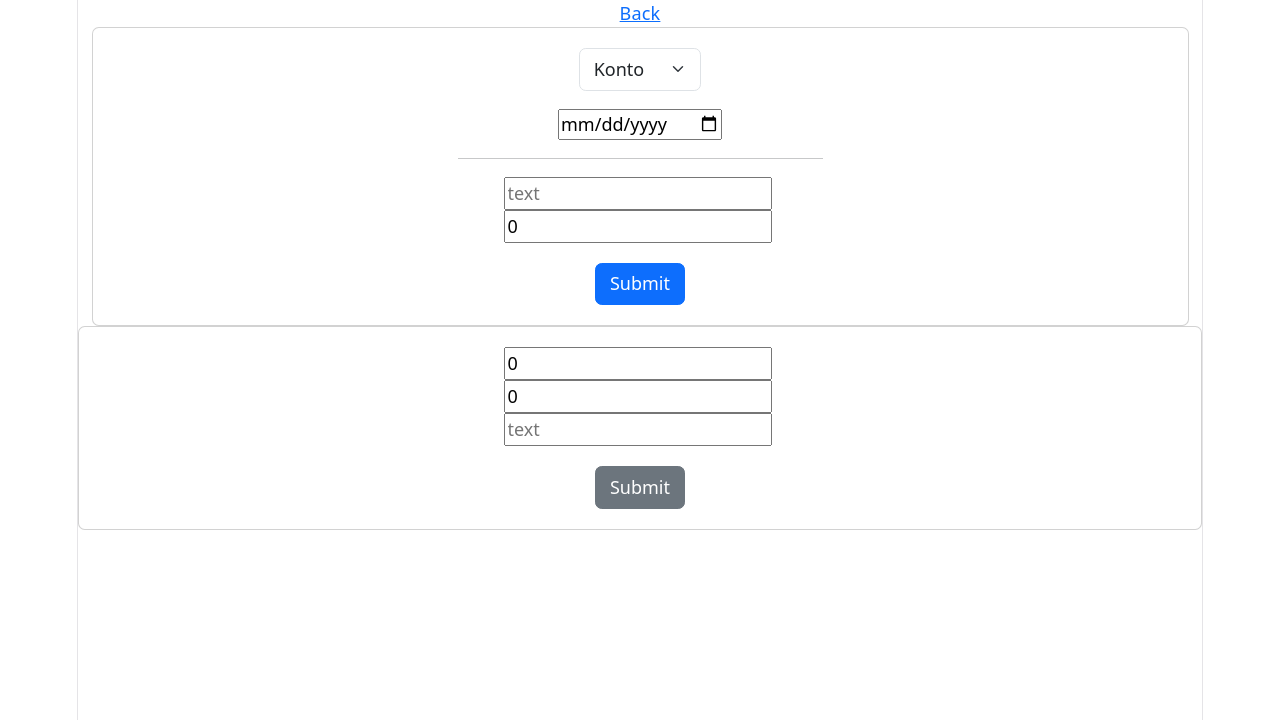
Repository: supply24/kidsaccount
Page: /action
The author's editor kept a copy of each file at every save. The page is drawn from the files as they stood at one save, then again after the next save.
The browser window is 1280 px wide. The pictures show the whole page.
The page's requests for data from a server got no answer. The project was rebuilt for these pictures with package versions that can differ from the ones it lists, and the page was loaded fresh each time. No one was signed in, and anything a server would have sent is missing. Also part of the build but not shown: vite.config.js, src/App.css, src/App.jsx, src/Homing.jsx, src/Emilia.jsx, src/Alexander.jsx.

Above is the page before, as saved 2026-08-01 12:17:18.

### index.html
<!doctype html>
<html lang="en">
  <head>
    <meta charset="UTF-8" />
    <link rel="icon" type="image/svg+xml" href="/favicon.svg" />
    <meta name="viewport" content="width=device-width, initial-scale=1.0" />
    <title>accounter</title>
    <link
  rel="stylesheet"
  href="https://cdn.jsdelivr.net/npm/bootstrap@5.3.5/dist/css/bootstrap.min.css"
  integrity="sha384-SgOJa3DmI69IUzQ2PVdRZhwQ+dy64/BUtbMJw1MZ8t5HZApcHrRKUc4W0kG879m7"
  crossorigin="anonymous"
/>
  </head>
  <body>
    <div id="root"></div>
    <script type="module" src="/src/main.jsx"></script>
  </body>
</html>

### src/main.jsx
import { StrictMode } from 'react'
import { createRoot } from 'react-dom/client'
import { createBrowserRouter, RouterProvider } from 'react-router-dom'
import './index.css'
import App from './App.jsx'
import Homing from "./Homing.jsx"
import Actions from "./Actions.jsx"
import Emilia from "./Emilia.jsx"
import Alexander from "./Alexander.jsx"

const router = createBrowserRouter ([
{path:"/",
  element:<Homing/>
}  ,
{path:"/action",
  element:<Actions/>
},
{path:"/emlia",
  element:<Emilia/>
},
{path:"/alex",
  element:<Alexander/>
}
])

createRoot(document.getElementById('root')).render(
  <StrictMode>
    <RouterProvider router={router}/>
  </StrictMode>,
)

### src/index.css
:root {
  --text: #6b6375;
  --text-h: #08060d;
  --bg: #fff;
  --border: #e5e4e7;
  --code-bg: #f4f3ec;
  --accent: #aa3bff;
  --accent-bg: rgba(170, 59, 255, 0.1);
  --accent-border: rgba(170, 59, 255, 0.5);
  --social-bg: rgba(244, 243, 236, 0.5);
  --shadow:
    rgba(0, 0, 0, 0.1) 0 10px 15px -3px, rgba(0, 0, 0, 0.05) 0 4px 6px -2px;

  --sans: system-ui, 'Segoe UI', Roboto, sans-serif;
  --heading: system-ui, 'Segoe UI', Roboto, sans-serif;
  --mono: ui-monospace, Consolas, monospace;

  font: 18px/145% var(--sans);
  letter-spacing: 0.18px;
  color-scheme: light dark;
  color: var(--text);
  background: var(--bg);
  font-synthesis: none;
  text-rendering: optimizeLegibility;
  -webkit-font-smoothing: antialiased;
  -moz-osx-font-smoothing: grayscale;

  @media (max-width: 1024px) {
    font-size: 16px;
  }
}

@media (prefers-color-scheme: dark) {
  :root {
    --text: #9ca3af;
    --text-h: #f3f4f6;
    --bg: #16171d;
    --border: #2e303a;
    --code-bg: #1f2028;
    --accent: #c084fc;
    --accent-bg: rgba(192, 132, 252, 0.15);
    --accent-border: rgba(192, 132, 252, 0.5);
    --social-bg: rgba(47, 48, 58, 0.5);
    --shadow:
      rgba(0, 0, 0, 0.4) 0 10px 15px -3px, rgba(0, 0, 0, 0.25) 0 4px 6px -2px;
  }

  #social .button-icon {
    filter: invert(1) brightness(2);
  }
}

body {
  margin: 0;
}

#root {
  width: 1126px;
  max-width: 100%;
  margin: 0 auto;
  text-align: center;
  border-inline: 1px solid var(--border);
  min-height: 100svh;
  display: flex;
  flex-direction: column;
  box-sizing: border-box;
}

h1,
h2 {
  font-family: var(--heading);
  font-weight: 500;
  color: var(--text-h);
}

h1 {
  font-size: 56px;
  letter-spacing: -1.68px;
  margin: 32px 0;
  @media (max-width: 1024px) {
    font-size: 36px;
    margin: 20px 0;
  }
}
h2 {
  font-size: 24px;
  line-height: 118%;
  letter-spacing: -0.24px;
  margin: 0 0 8px;
  @media (max-width: 1024px) {
    font-size: 20px;
  }
}
p {
  margin: 0;
}

code,
.counter {
  font-family: var(--mono);
  display: inline-flex;
  border-radius: 4px;
  color: var(--text-h);
}

code {
  font-size: 15px;
  line-height: 135%;
  padding: 4px 8px;
  background: var(--code-bg);
}

### src/Actions.jsx
import React, {useEffect, useState} from 'react'
import {Col, Row, Button, Form, Container, Card} from "react-bootstrap"
import { createClient } from "@supabase/supabase-js"
import {supabase} from "./data/Export/Supabase.jsx"
import number from "./data/Export/Numbers.jsx"
import {Link} from "react-router-dom"

const Actions = () => {
  const [konto, setKonto]=useState("")
  const [numbers, setNumbers]=useState("")
  const [datetime, setDatetime]=useState("")
  const [kredit, setKredit]=useState(0)
  const [debet, setDebet]=useState(0)
  const [kontox, setKontox]=useState("")
  const [accounter, setAccounter]=useState("")
  const [texting, setTexting]=useState("")
 // const [ setSumx ]=useState("")

  const handleNumbers =(e)=>{
    setNumbers(e.target.value)
  }

  const handleDatetime=(e)=>{
    setDatetime(e.target.value)
      }

      const handleKredit = (e)=>{
        setKredit(e.target.value)
      }
      const handleDebet = (e)=>{
        setDebet(e.target.value)
      }

      const handleKontox = (e)=>{
        setKontox(e.target.value)
      }
      const handleSumx = (e)=>{
        setSumx(e.target.value)
      }
      const handleTexting = (e)=>{
        setTexting(e.target.value)
      }


          useEffect(()=>{
        getCounts()
      },[]
      )

      const payload= [{
    konto :{ debet, kontox}, datetime, texting
               }]
      const handleSubmit=async(e)=>{
        e.preventDefault()
          const {data, error} = await supabase.from("Accounting").insert(payload);
          if(error)
            console.error("error yes", error)
            else{
              console.error("konto info", data)
      }}

      const payload1 = [{
        konto1 :{ kredit, kontox}
                   }]
      const handleSubmit1=async(e)=>{
        e.preventDefault()
          const {data, error} = await supabase.from("Accounting").insert(payload1);
          if(error)
            console.error("error yes", error)
            else{
              console.error("konto info", data)
      }}



      async function getCounts(){
        const {data, error} = await supabase.from("Accounting").select("*")
        setAccounter(data)
        console.log("konton hämtade", data ? data: "no fetch")
      }

      function Break () {
        return (
          <div style={{marginTop:"20px"}}></div>)
      }



  return (
    <div>
      <Link to="/">Back</Link>

        <Container>
          <Card>
            <Form onSubmit={handleSubmit}>
              <Col md={4} className="mx-auto" style={{marginTop:"20px"}}>

<Col align="center" md={4} className="mx-auto" style={{marginTop:"20px"}}>
<Form.Group className="mb-3" controlId="formBasicEmail">
  <Form.Select type ="dropdown" onChange={(e)=>setKontox(e.target.value)}>
    <option value={kontox}>Konto</option>
    {number.map((account)=>(
      <option key={account.id}>{account.kontox}</option>
    ))}
  </Form.Select>
</Form.Group>
</Col>
<input type="date" value={datetime} onChange={handleDatetime} />
<hr></hr>
  <input type="text" value={texting} onChange={handleTexting} placeholder='text'/>&nbsp;

 <Col> <input type="number" value={kredit} onChange={handleKredit} placeholder='kredit'/>&nbsp;
  </Col>

<Col align="center" md  ={4} className="mx-auto" style={{marginTop:"20px"}}>
  </Col>
  </Col>
  <Button type="submit" style={{marginBottom:20}}>Submit</Button>
</Form>
 </Card>
 </Container>
 <Row>
 <Container>
      <Card>
        <Form onSubmit={handleSubmit1}>
          <Col md={4} className="mx-auto" style={{marginTop:"20px"}}>

<input type="number" value={kredit} onChange={handleKredit} placeholder='kredit'/>&nbsp;
<input type="number" value={debet} onChange={handleDebet} placeholder='debet'/>&nbsp;
<input type="text" value={texting} onChange={handleTexting} placeholder='text'/>&nbsp;

<Col align="center" md  ={4} className="mx-auto" style={{marginTop:"20px"}}>
  </Col>
  </Col>
  <Button variant="secondary" type="submit" style={{marginBottom:20}}>Submit</Button>
</Form>
      </Card>
    </Container>


  </Row>
          </div>
  )
}

export default Actions

### src/data/Export/Supabase.jsx
import React from "react";
import {createClient} from '@supabase/supabase-js'

/*
const supabaseUrl = 'https://rfzavnmxfanengjuapns.supabase.co'
//const supabaseKey = process.env.SUPABASE_KEY
const supabaseKey= "eyJhbGciOiJIUzI1NiIsInR5cCI6IkpXVCJ9.eyJpc3MiOiJzdXBhYmFzZSIsInJlZiI6InJmemF2bm14ZmFuZW5nanVhcG5zIiwicm9sZSI6ImFub24iLCJpYXQiOjE3ODQ3NzUzMzMsImV4cCI6MjEwMDM1MTMzM30.uY-HxfNB9RcQpFpu75w03NXVAMYMurzfTEnpVtIfYG8"
const supabase = createClient(supabaseUrl, supabaseKey)
*/

export const supabase = createClient(
    import.meta.env.VITE_SUPABASE_URL,
    import.meta.env.VITE_SUPABASE_PUBLISHABLE_DEFAULT_KEY
)

### src/data/Export/Numbers.jsx
const number = [
    {id:"101", kontox:"128", debet:"", kredit:""},
    {id:"201", kontox:"199",  debet:"", kredit:""},
       {id:"301", kontox:"112",  debet:"", kredit:""},
           {id:"501", kontox:"562",  debet:"", kredit:""},
           {id:"601", kontox:"891",  debet:"", kredit:""}
]

export default number

After the next save:
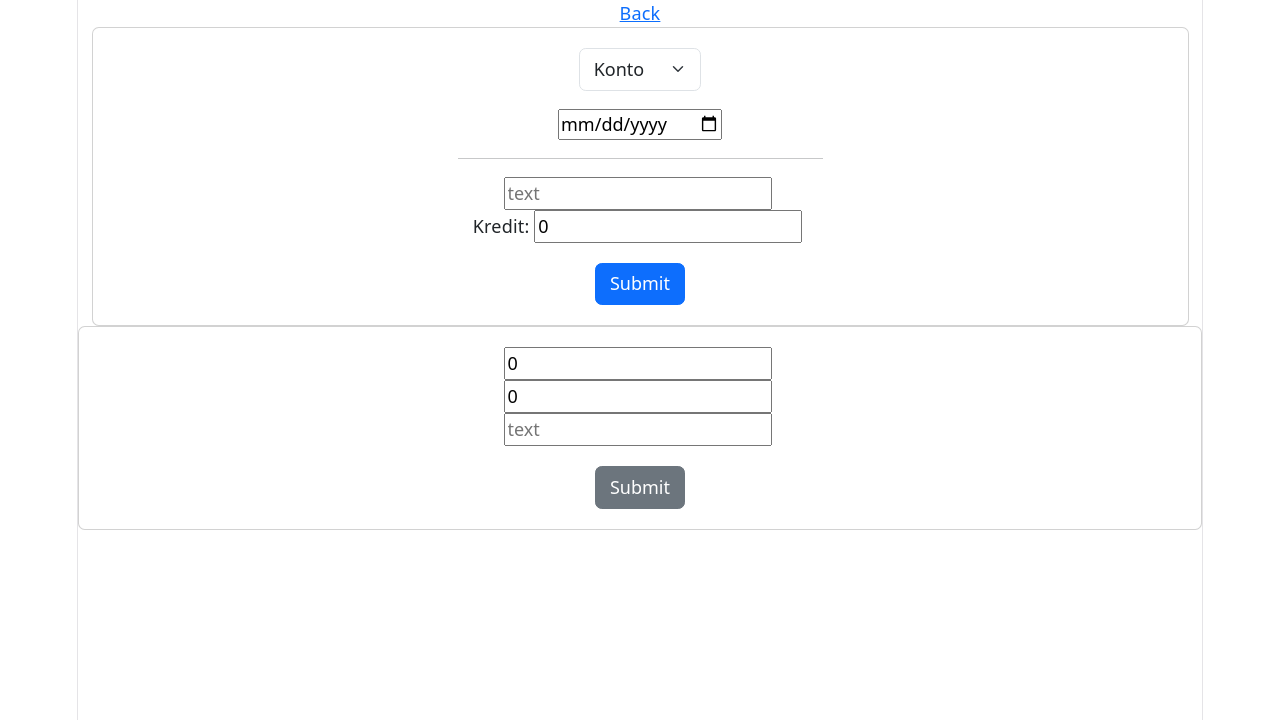
Saved 8 s later.
--- a/src/Actions.jsx
+++ b/src/Actions.jsx
@@ -109,7 +109,7 @@ const Actions = () => {
 <hr></hr>
   <input type="text" value={texting} onChange={handleTexting} placeholder='text'/>&nbsp;
 
- <Col> <input type="number" value={kredit} onChange={handleKredit} placeholder='kredit'/>&nbsp;
+ <Col>Kredit: <input type="number" value={kredit} onChange={handleKredit} placeholder='kredit'/>&nbsp;
   </Col>
 
 <Col align="center" md  ={4} className="mx-auto" style={{marginTop:"20px"}}>
